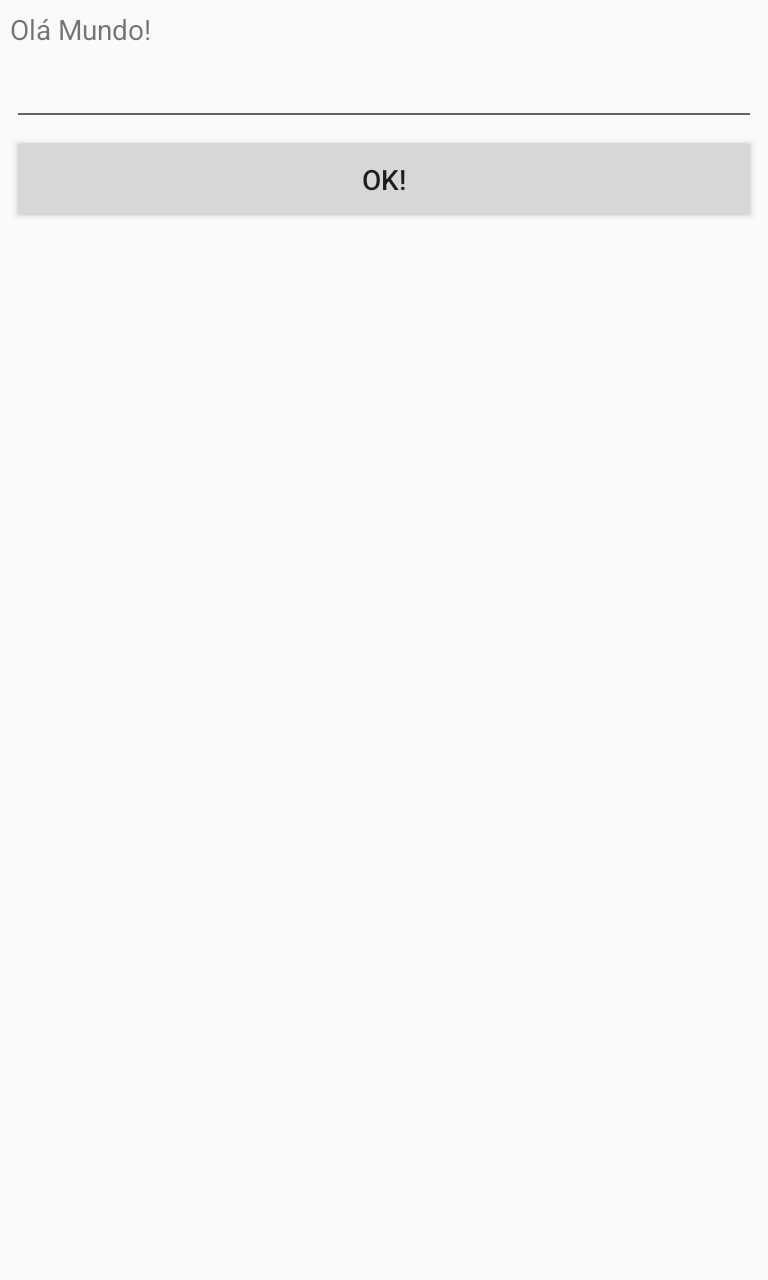
Repository: KaioWeb1/app-minhaCidade
Layout: OlaMundo/res/layout/principal.xml
The author's editor kept a copy of each file at every save. The layout is drawn from the files as they stood at one save, then again after a run of saves.
It is drawn on a 768 x 1280 px phone screen (xhdpi) without system bars, with theme AppTheme; the app's code is not run.

Above is the layout before, as saved 2014-09-05 14:52:02.

After the next 2 saves:
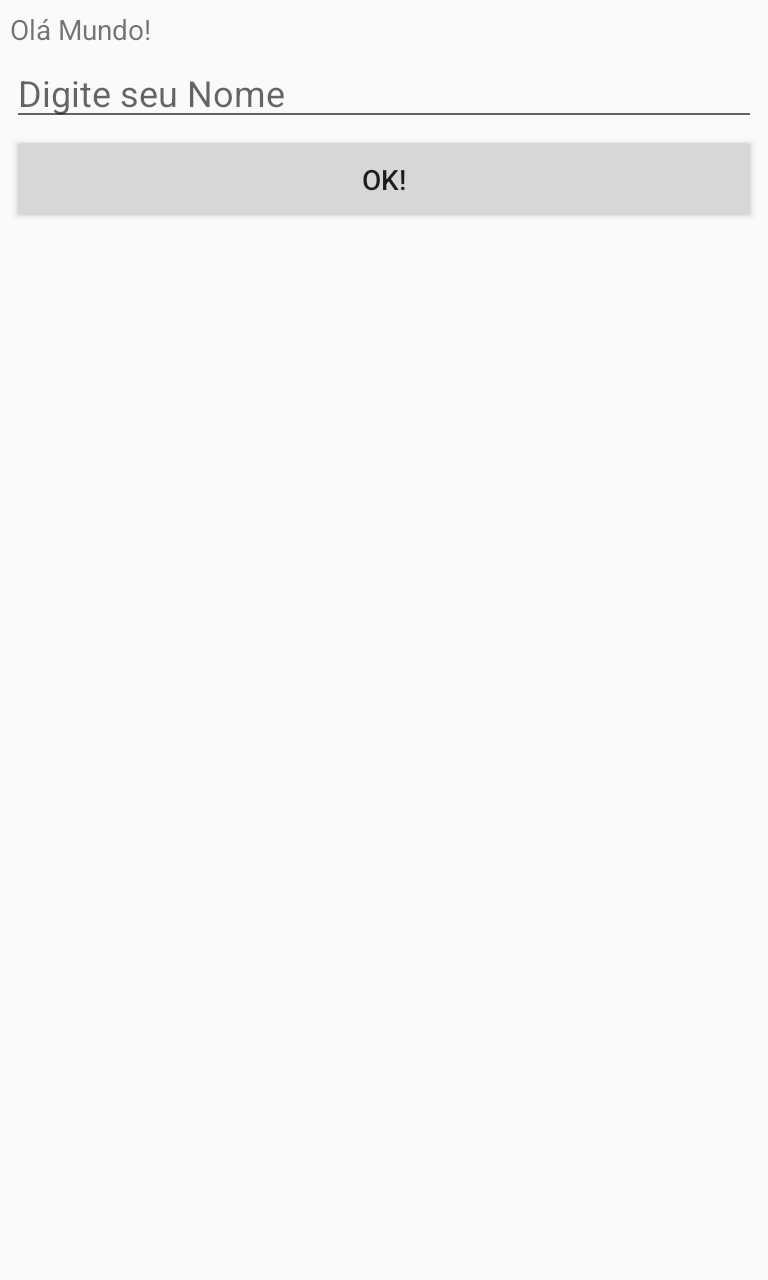
The 2 saves are shown as one change because they came seconds apart.
The last was saved 36 s later.
--- a/OlaMundo/res/layout/principal.xml
+++ b/OlaMundo/res/layout/principal.xml
@@ -13,7 +13,9 @@
 
     <EditText
         android:layout_width="match_parent"
-        android:layout_height="wrap_content"/>
+        android:layout_height="wrap_content"
+        android:inputType="text"
+        android:hint="Digite seu Nome"/>
 
     <Button
         android:layout_width="match_parent"

After the 2 saves that followed:
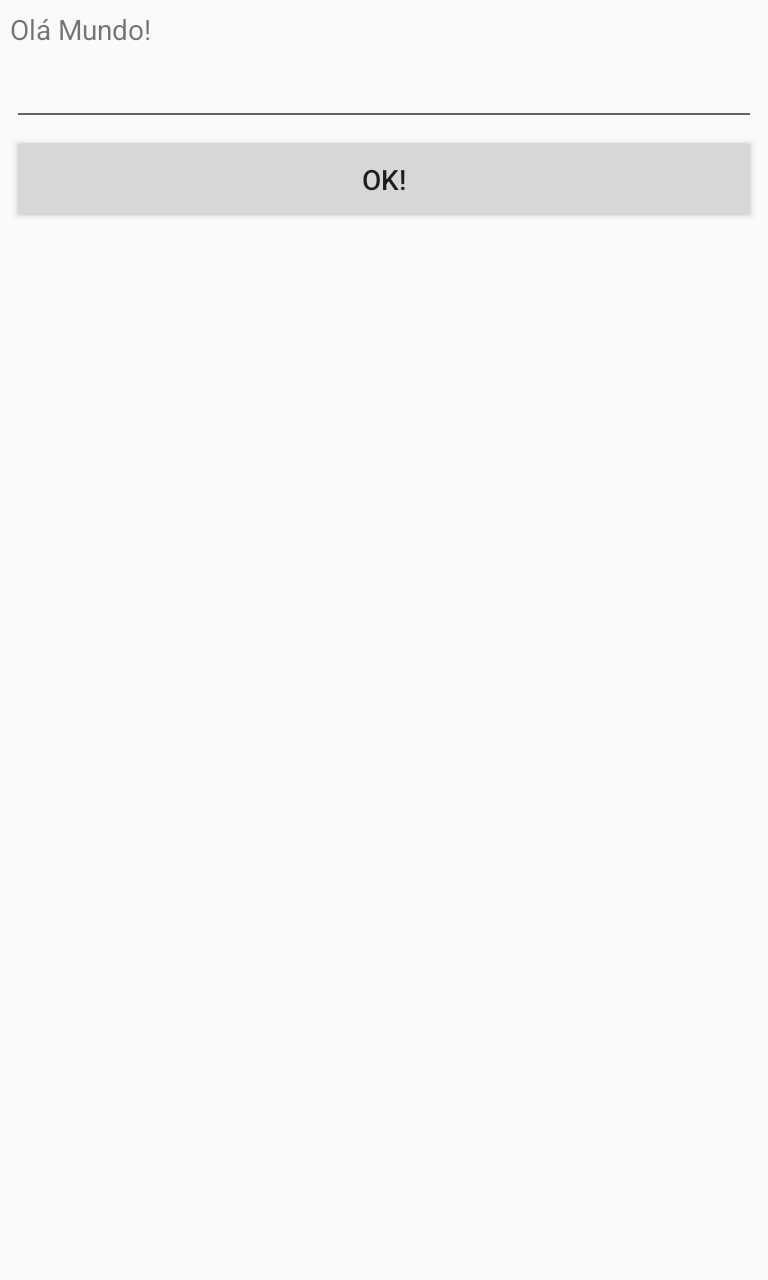
The 2 saves are shown as one change because 1 did not build or start.
The last was saved 39 s later.
--- a/OlaMundo/res/layout/principal.xml
+++ b/OlaMundo/res/layout/principal.xml
@@ -15,7 +15,7 @@
         android:layout_width="match_parent"
         android:layout_height="wrap_content"
         android:inputType="text"
-        android:hint="Digite seu Nome"/>
+        android:hint="@string/nome"/>
 
     <Button
         android:layout_width="match_parent"
--- a/OlaMundo/res/values/strings.xml
+++ b/OlaMundo/res/values/strings.xml
@@ -5,5 +5,6 @@
     <string name="hello_world">Olá Mundo!</string>
     <string name="action_settings">Configurações</string>
     <string name="ok">OK!</string>
+    <string name="nome"></string>
 
 </resources>
